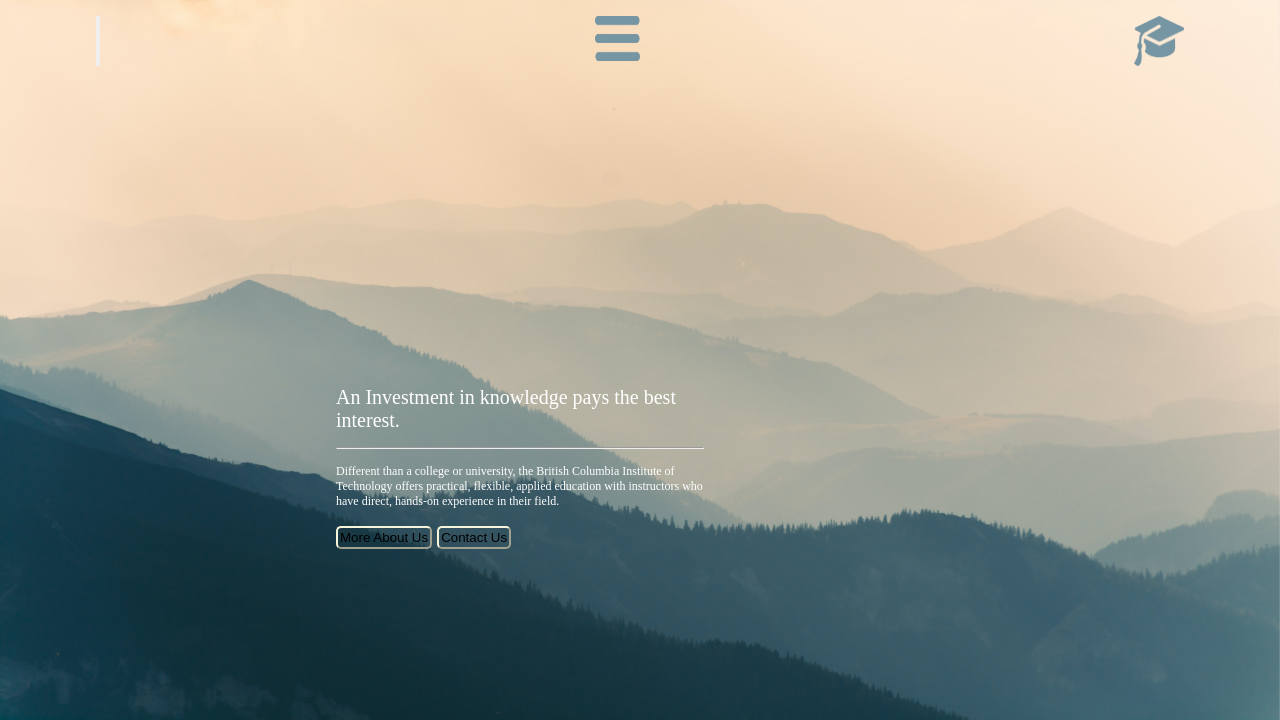
Repository: anoncoderin/assignment01-withCarousel-Madhu
Page: /
An editor plug-in stored every save of this project. The page is shown before and after a run of saves, followed by the edit.
The browser window is 1280 px wide. The pictures show the whole page.
The project was rebuilt for these pictures with package versions that can differ from the ones it lists, and the page was loaded fresh each time. The framework's server and built-in components were replaced by stand-ins that run in the browser. Also part of the build but not shown: next.config.js.

Above is the page before, as saved 2023-02-01 22:36:32.

After the next 2 saves:
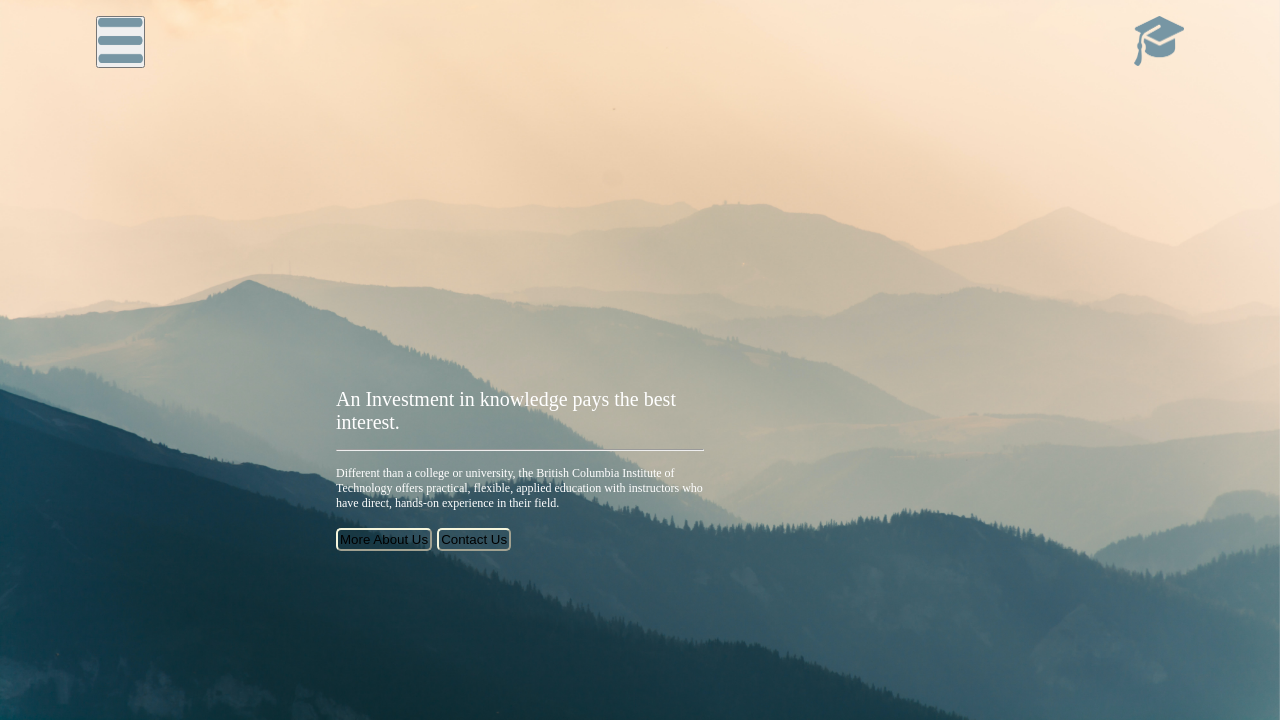
The 2 saves are shown as one change because they came seconds apart.
The last was saved 8 s later.
--- a/pages/index.js
+++ b/pages/index.js
@@ -31,7 +31,7 @@ export default function Home() {
       <main className={styles.main}>
         <div className={styles.info}>
           <div className={styles.nav}>
-            <button></button><Image src='/images/icons/icons/menu-icon.png' height={45} width={45}></Image>
+            <button><Image src='/images/icons/icons/menu-icon.png' height={45} width={45}></Image></button>
             <Image src='/images/favicon/favicon.png' height={50} width={50}></Image>
 
           </div>
